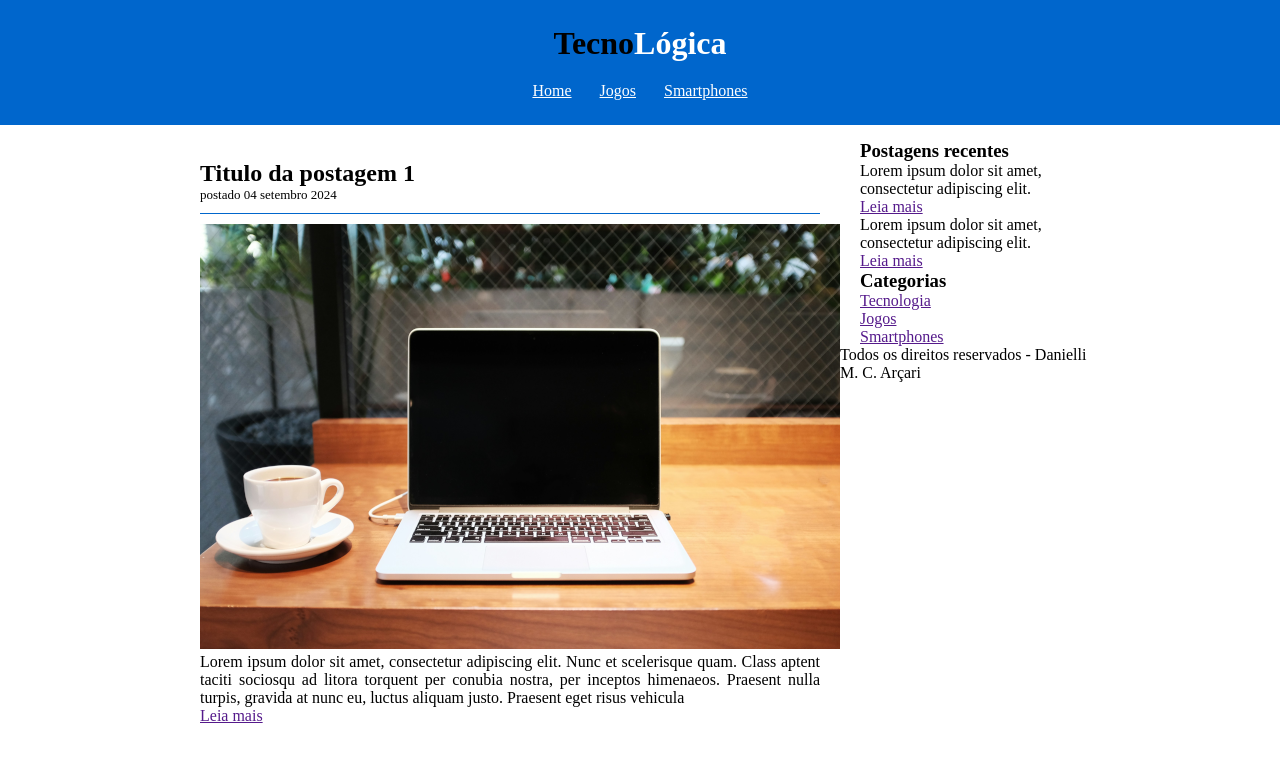
Repository: danielli-arcari/blog-html-css
Page: index.html
An editor plug-in stored every save of this project. The page is shown before and after the next save, followed by the edit.
The browser window is 1280 px wide. The pictures show the whole page.

Above is the page before, as saved 2026-03-10 16:39:59.

### index.html
<!DOCTYPE html>
<html lang="pt-br">

<head>
    <meta charset="UTF-8">
    <meta name="viewport" content="width=device-width, initial-scale=1.0">
    <title>TecnoLógica - Tudo sobre tecnologia</title>

    <link rel="stylesheet" href="css/style.css">
</head>

<body>

    <div id="header">

        <div id="logo">
            <h1>Tecno<span class="white">Lógica</span></h1>
        </div>

        <div id="menu">
            <a href="index.html">Home</a>
            <a href="jogos.html">Jogos</a>
            <a href="smartphones.html">Smartphones</a>
        </div>

    </div>

    <div id="content">

        <div id="posts">

            <!-- abertura postagem -->
            <div class="post">
                <h2>Titulo da postagem 1</h2>
                <span class="data-post">postado 04 setembro 2024</span>
                <img class="img-post" src="imagens/tecnologia01.png">
                <p>
                    Lorem ipsum dolor sit amet, consectetur adipiscing elit. Nunc et scelerisque quam. Class aptent taciti sociosqu ad litora torquent per conubia nostra, per inceptos himenaeos. Praesent nulla turpis, gravida at nunc eu, luctus aliquam justo. Praesent eget risus vehicula
                </p>
                <a href="">Leia mais</a>
            </div>
            <!--fechamento postagem -->

        </div>

        <div id="right-side">

            <div class="content-right">
                <h3>Postagens recentes</h3>

                <div class="post-right">
                    <p>Lorem ipsum dolor sit amet, consectetur adipiscing elit.</p>
                    <a href="">Leia mais</a>
                </div>

                <div class="post-right" style="border-bottom: none;">
                    <p>Lorem ipsum dolor sit amet, consectetur adipiscing elit.</p>
                    <a href="">Leia mais</a>
                </div>

            </div>

            <div class="content-right">
                <h3>Categorias</h3>

                <a href="">Tecnologia</a><br>
                <a href="">Jogos</a><br>
                <a href="">Smartphones</a><br>

            </div>

        </div>

        <div id="footer">
            Todos os direitos reservados - Danielli M. C. Arçari
        </div>

    </div>
</body>

</html>

### css/style.css
/*
***limpar formatações***
*/
*{
    margin: 0;
    padding: 0;
}
/*
***header***
*/
#header{
    background-color: #0066CC;
    padding: 15px;
    text-align: center;
}

#logo, #menu{
    padding: 10px;
}

#header a:link, #header a:visited{
    color: #FFFFFF;
    padding: 8px 12px;
}

#header a:hover{
    color: #0066CC;
    background: #FFFFFF;
    text-decoration: none;
}
.white{
    color: #FFFFFF;
}

/*
***ccontent***
*/
#content{
    width: 920px;
    margin: 0 auto;
    padding: 15px;
}

#posts{
    width: 660px;
    float: left;
}

.post{
    padding: 20px;
    margin-bottom: 20px;
    background: #FFFFFF;
    text-align: justify;
}

.data-post{
    font-size: 13px;
    border-bottom: 1px solid #0066CC;
    padding-bottom: 10px;
    margin-bottom: 10px;
    display: block;
}

/*
***Right side***
*/
#right-side{
    width: 240px;
    float: right;
}

/*
***content right***
*/
#content-right{
    background: #FFFFFF;
    padding: 10px;
    margin-bottom: 20px;
}

After the next save:
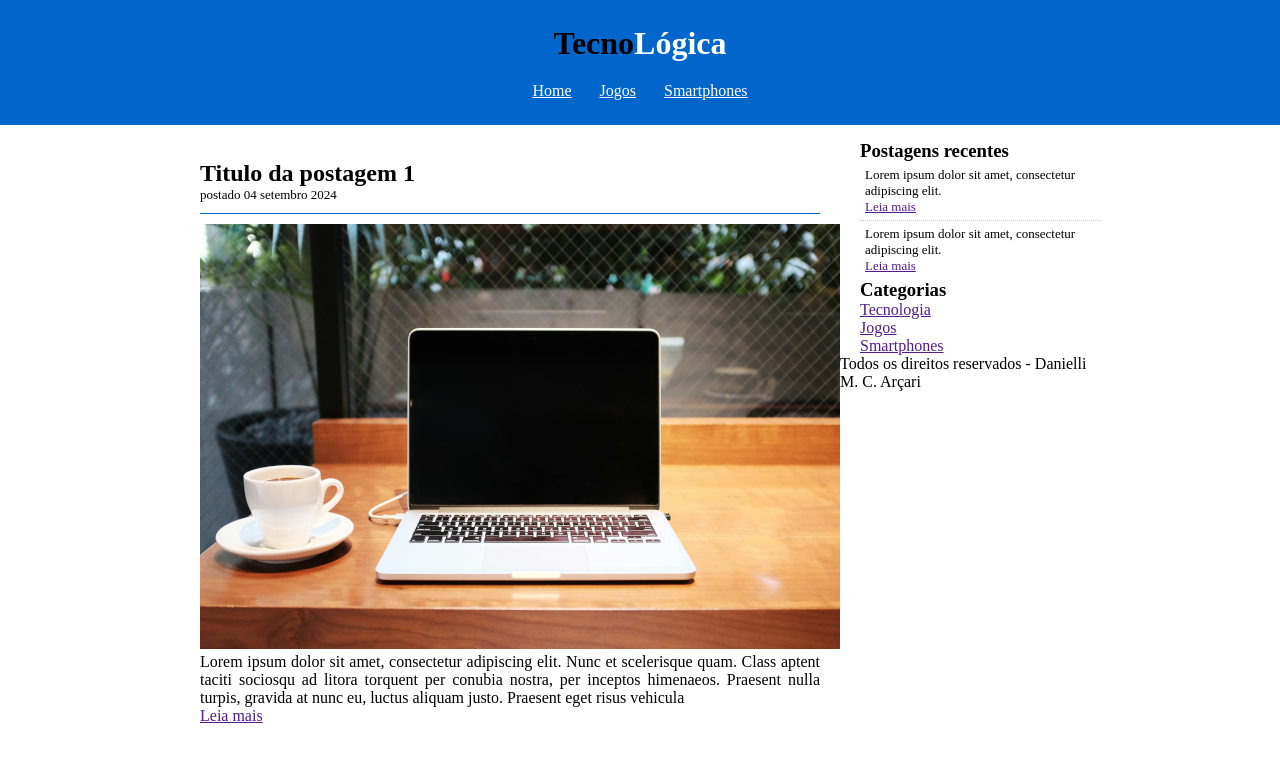
Saved 113 s later.
--- a/css/style.css
+++ b/css/style.css
@@ -77,3 +77,9 @@
     padding: 10px;
     margin-bottom: 20px;
 }
+
+.post-right{
+    font-size: 13px;
+    padding: 5px;
+    border-bottom: 1px dotted #CCCCCC;
+}
